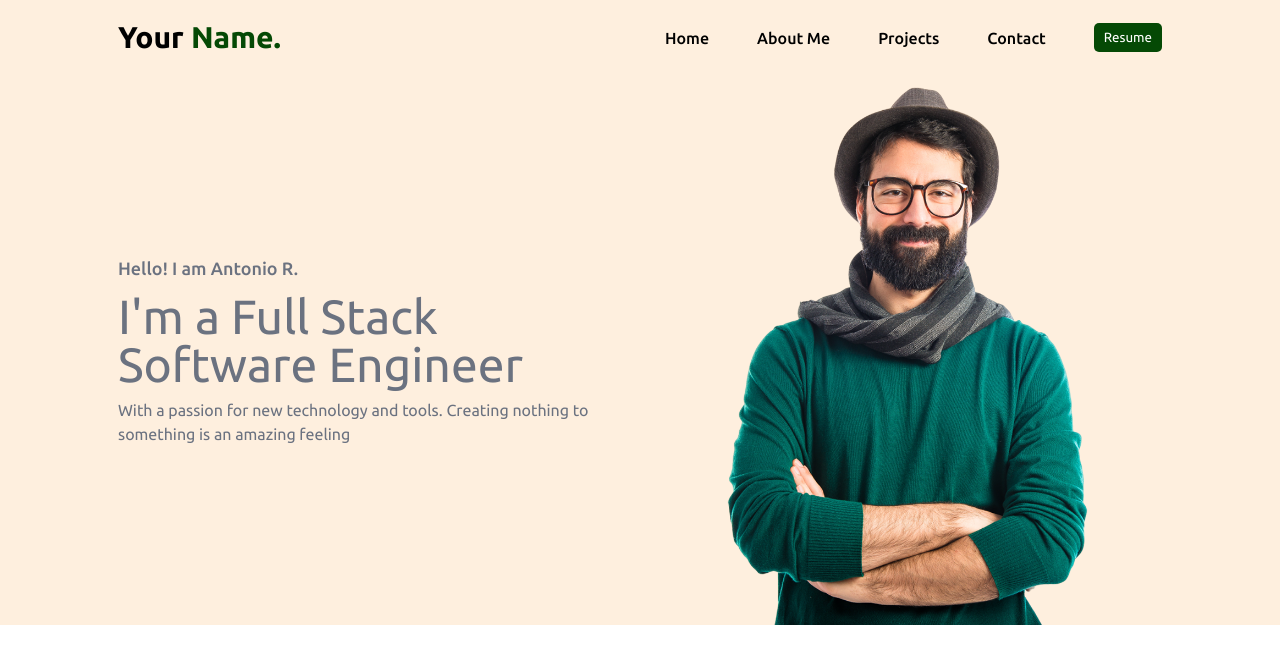
Repository: DevAntonioRogers/vanilla-portfolio
Page: index.html
The author's editor kept a copy of each file at every save. The page is drawn from the files as they stood at one save, then again after the next save.
The browser window is 1280 px wide. The pictures show the whole page.

Above is the page before, as saved 2023-07-14 22:17:11.

After the next save:
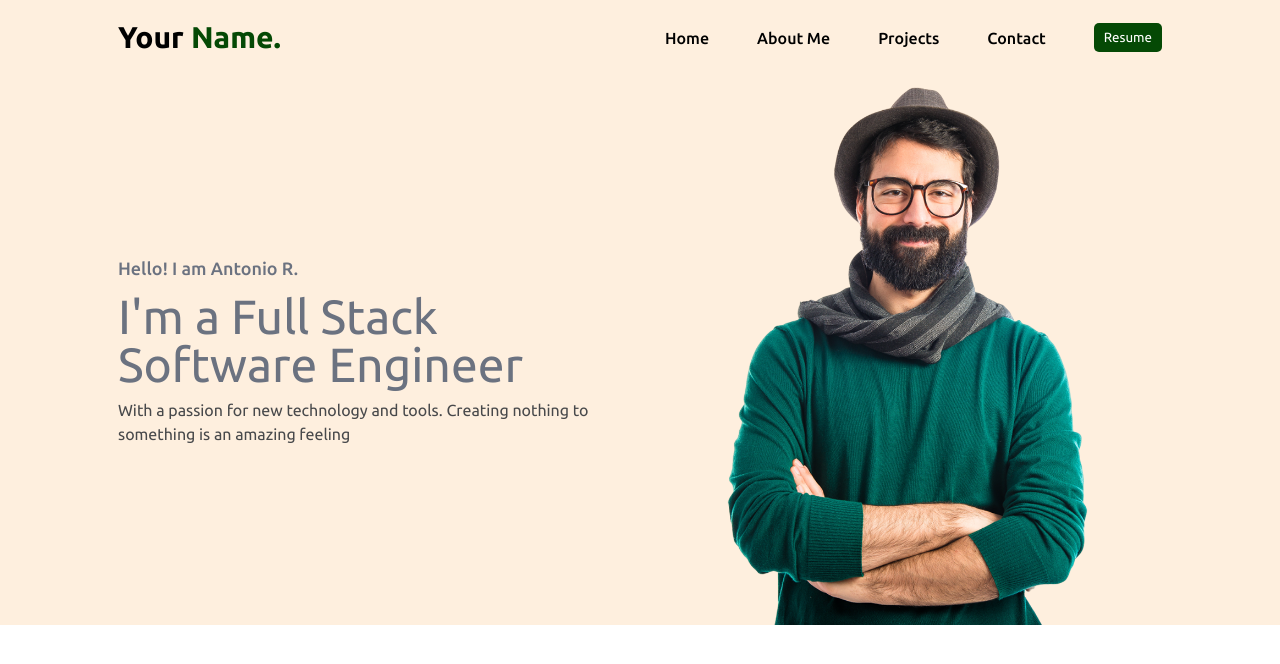
Saved 6 s later.
--- a/style.css
+++ b/style.css
@@ -101,7 +101,7 @@ nav {
   font-size: 1rem;
   line-height: 1.5rem;
   font-weight: 400;
-  color: #6b7280;
+  color: #48494b;
 }
 
 .hero-container img {
